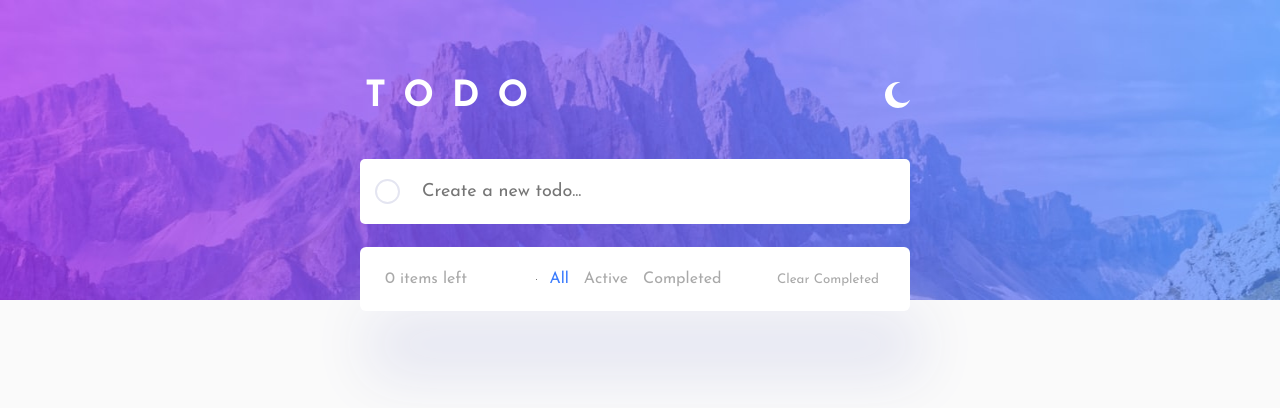
Repository: Haviles04/todoapp
Page: /
An editor plug-in stored every save of this project. The page is shown before and after the next save, followed by the edit.
The browser window is 1280 px wide. The pictures show the whole page.
The project was rebuilt for these pictures with package versions that can differ from the ones it lists, and the page was loaded fresh each time.

Above is the page before, as saved 2022-10-25 08:18:36.

After the next save:
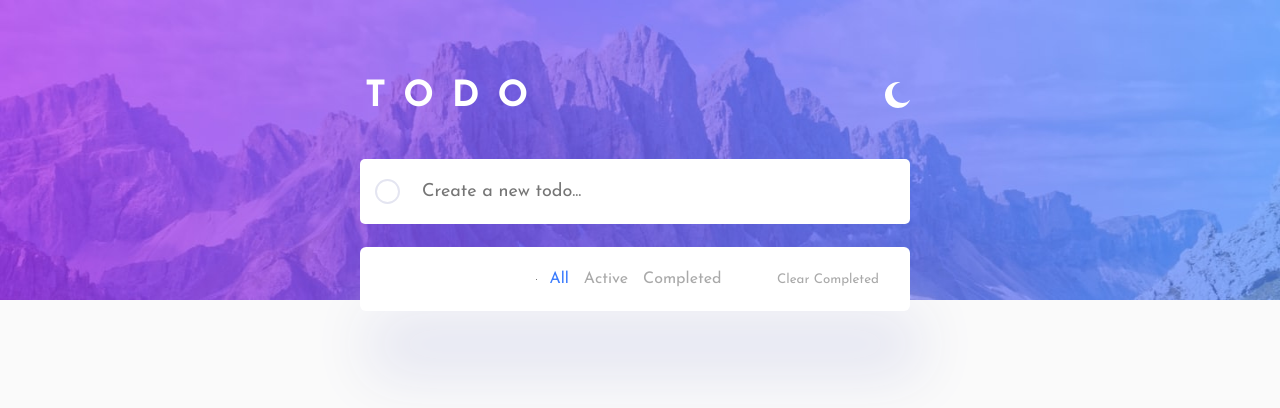
Saved 24 s later.
--- a/src/components/taskItem/TaskItem.jsx
+++ b/src/components/taskItem/TaskItem.jsx
@@ -49,21 +49,6 @@ function TaskItem({ listType, todoList,setTodoList, setPlural }) {
       }
 
 
-    //Checks to see how many items are on the list, and makes "item" plural
-    useEffect(pluralize)
-    function pluralize() {
-      setPlural(() => {
-        let countOverOne = [...todoList].filter(
-          (todo) => !todo.complete
-        ).length;
-        if (countOverOne === 1) {
-          return `${countOverOne} item left`;
-        } else {
-          return `${countOverOne} items left`;
-        }
-      });
-    }
-
   return (
     <>
       {displayList.map((todo) => {

After the 3 saves that followed:
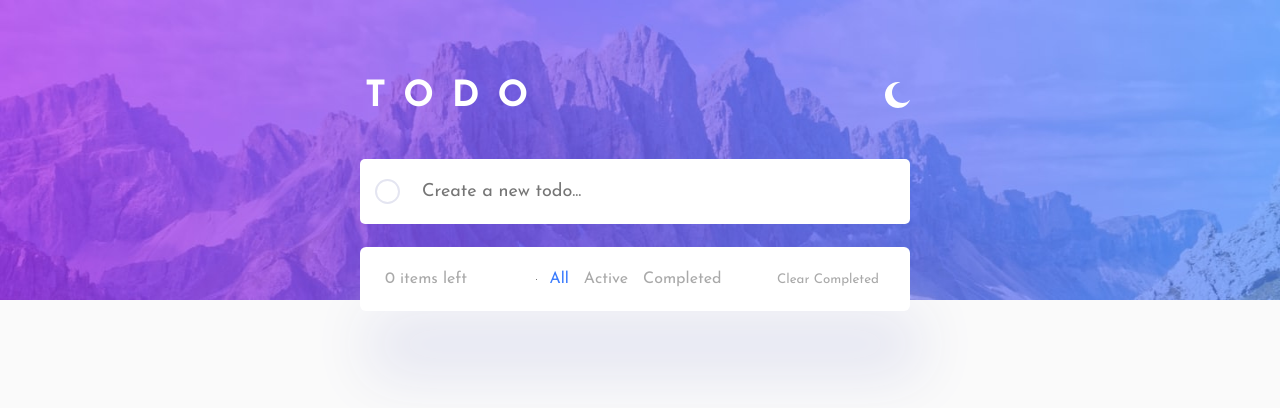
The 3 saves are shown as one change because 2 left the picture as it was.
The last was saved 43 s later.
--- a/src/components/taskList/TaskList.jsx
+++ b/src/components/taskList/TaskList.jsx
@@ -1,4 +1,4 @@
-import React, { useState } from "react";
+import React, { useEffect , useState } from "react";
 import "./taskList.css";
 import TaskItem from "../taskItem/TaskItem";
 import OptionsFooter from "../optionsFooter/OptionsFooter";
@@ -6,6 +6,22 @@ import OptionsFooter from "../optionsFooter/OptionsFooter";
 function TaskList({ todoList, setTodoList }) {
   const [listType, setListType] = useState("all");
   const [plural, setPlural] = useState("");
+
+      //Checks to see how many items are on the list, and makes "item" plural
+      useEffect(pluralize)
+      function pluralize() {
+        setPlural(() => {
+          let countOverOne = [...todoList].filter(
+            (todo) => !todo.complete
+          ).length;
+          if (countOverOne === 1) {
+            return `${countOverOne} item left`;
+          } else {
+            return `${countOverOne} items left`;
+          }
+        });
+      }
+
 
 
   return (
--- a/src/components/taskItem/TaskItem.jsx
+++ b/src/components/taskItem/TaskItem.jsx
@@ -1,7 +1,7 @@
-import React, { useEffect, useState } from "react";
+import React, { useState } from "react";
 import "./taskItem.css";
 
-function TaskItem({ listType, todoList,setTodoList, setPlural }) {
+function TaskItem({ listType, todoList,setTodoList, pluralize }) {
   const [showDeleteBtn, setShowDeleteBtn] = useState(false);
 
   let displayList = [];
